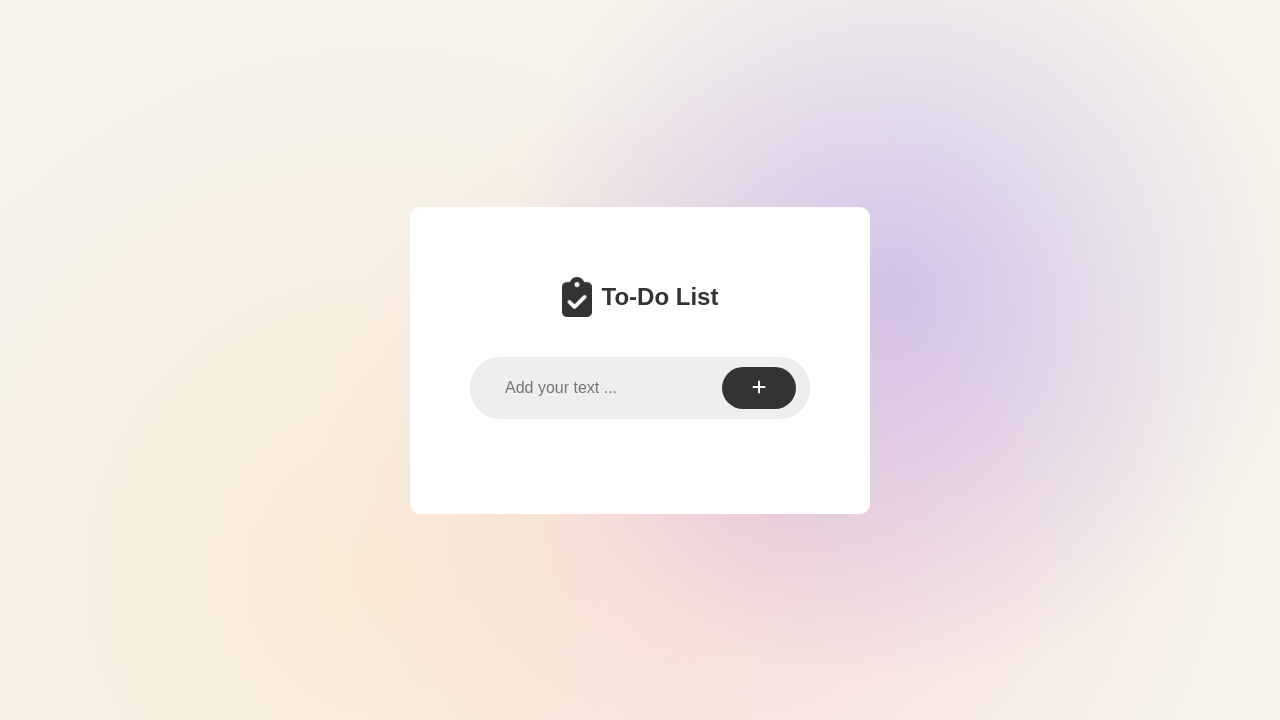
Repository: maltika/To-do_list
Page: index.html
The author's editor kept a copy of each file at every save. The page is drawn from the files as they stood at one save, then again after a run of saves.
The browser window is 1280 px wide. The pictures show the whole page.

Above is the page before, as saved 2025-05-20 15:05:50.

After the next 2 saves:
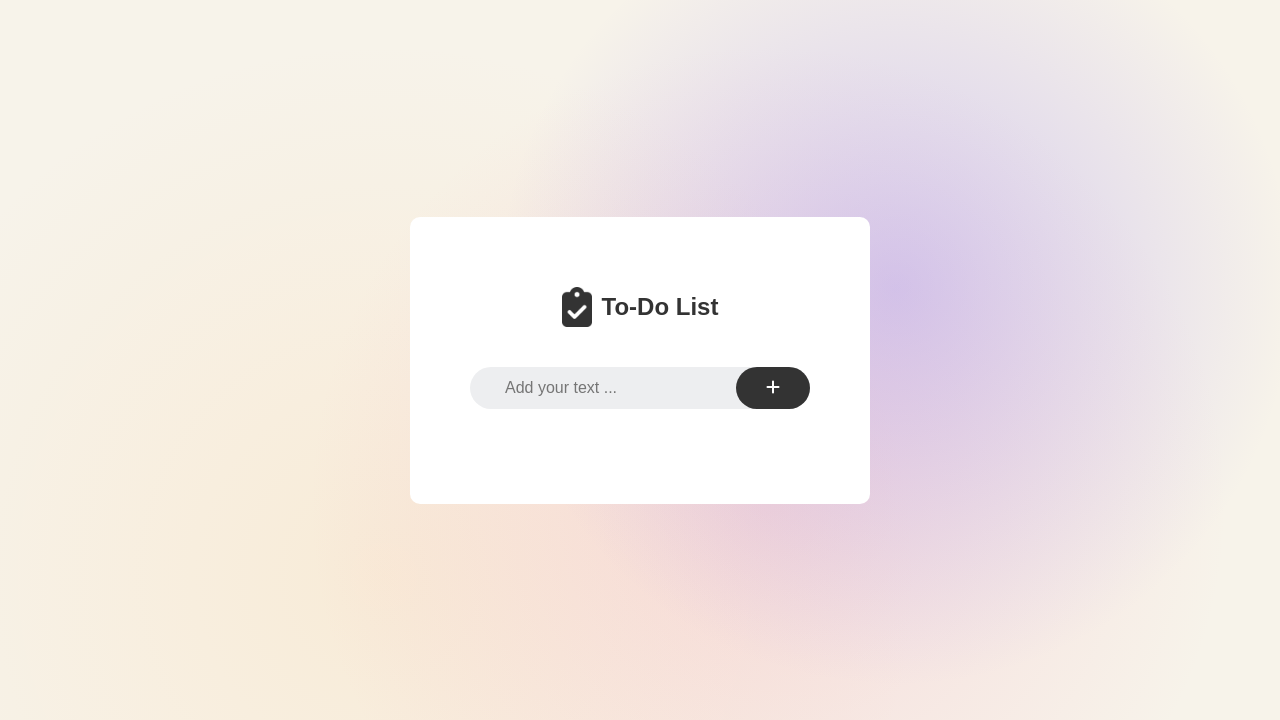
The 2 saves are shown as one change because they came seconds apart.
The last was saved 5 s later.
--- a/style.css
+++ b/style.css
@@ -60,7 +60,7 @@ body {
     align-items: center;
     background: #edeef0;
     border-radius: 30px;
-    padding: 10px 25px;
+    padding-left: 25px;
     margin-bottom: 25px;
     margin-left: 30px;
     margin-right: 30px;
